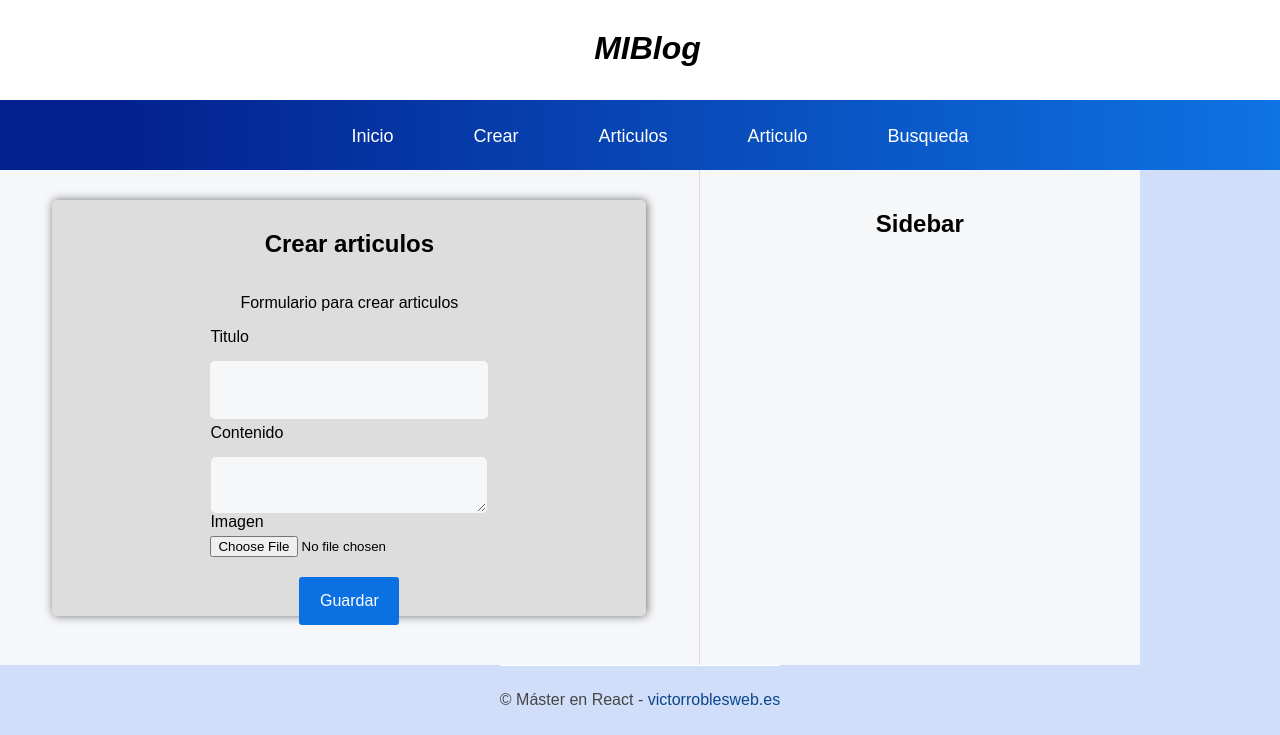
Repository: DamianBermudez94/frondEnd-blog
Page: /crear
These files come from the project's save history. The page is drawn as it stood at one moment and after the next save; the edit follows.
The browser window is 1280 px wide. The pictures show the whole page.
The project was rebuilt for these pictures with package versions that can differ from the ones it lists, and the page was loaded fresh each time. Also part of the build but not shown: vite.config.js, src/components/pages/Inicio.jsx, src/components/pages/Busqueda.jsx, src/helper/Global.jsx, src/helper/Peticion.jsx, src/components/pages/Listado.jsx, src/components/pages/Articulos.jsx, src/components/pages/Articulo.jsx.

Above is the page before, as saved 2023-08-14 19:28:06.

### index.html
<!doctype html>
<html lang="es">
  <head>
    <meta charset="UTF-8" />
    <link rel="icon" type="image/svg+xml" href="/vite.svg" />
    <meta name="viewport" content="width=device-width, initial-scale=1.0" />
    <title>Proyecto-blog</title>
  </head>
  <body>
    <div id="root"></div>
    <script type="module" src="/src/main.jsx"></script>
  </body>
</html>

### src/main.jsx

import ReactDOM from 'react-dom/client'
import App from './App.jsx'
import './index.css'

ReactDOM.createRoot(document.getElementById('root')).render(

    <App />

)

### src/App.jsx
import { Rutas } from "./router/rutas"



function App() {


  return (
    <div className="layout">
      <Rutas></Rutas>
    </div>
  )
}

export default App

### src/index.css
/*:root {
  font-family: Inter, system-ui, Avenir, Helvetica, Arial, sans-serif;
  line-height: 1.5;
  font-weight: 400;

  color-scheme: light dark;
  color: rgba(255, 255, 255, 0.87);
  background-color: #242424;

  font-synthesis: none;
  text-rendering: optimizeLegibility;
  -webkit-font-smoothing: antialiased;
  -moz-osx-font-smoothing: grayscale;
  -webkit-text-size-adjust: 100%;
}

a {
  font-weight: 500;
  color: #646cff;
  text-decoration: inherit;
}
a:hover {
  color: #535bf2;
}

body {
  margin: 0;
  display: flex;
  place-items: center;
  min-width: 320px;
  min-height: 100vh;
}

h1 {
  font-size: 3.2em;
  line-height: 1.1;
}

button {
  border-radius: 8px;
  border: 1px solid transparent;
  padding: 0.6em 1.2em;
  font-size: 1em;
  font-weight: 500;
  font-family: inherit;
  background-color: #1a1a1a;
  cursor: pointer;
  transition: border-color 0.25s;
}
button:hover {
  border-color: #000bdb;
}
button:focus,
button:focus-visible {
  outline: 4px auto -webkit-focus-ring-color;
}

@media (prefers-color-scheme: light) {
  :root {
    color: #213547;
    background-color: #ffffff;
  }
  a:hover {
    color: #000dff;
  }
  button {
    background-color: #f9f9f9;
  }
}*/


/*ESTILOS GENERALES*/

body{
  background: #d1defa;
  font-family: sans-serif, Arial, Helvetica;
  text-align: center;
  padding: 0px;
  margin: 0px;
  box-sizing: border-box;

}

.layout{
  display: grid;
  grid-template-areas:
      "header header header header"
      "nav nav nav nav"
      "content content content lateral"
      "footer footer footer footer"
  ;
  grid-template-rows: 100px 70px auto 70px;
}

/*ESTILOS CABECERA*/

.header{
  grid-area: header;
  width: 100%;
  background: white;
  text-align: left;
  font-style: italic;

  display: flex;
  justify-content: center;
}



.header h1{
  margin-left: 15px;
  margin-top: 30px;
}

/*ESTILOS DE LA BARRA DE NAVEGACIÓN*/

.nav{
  grid-area: nav;
  background: linear-gradient(90deg, #03228f 10%, #0e73e4 100%);
}

.nav > ul {
  display: flex;
  justify-content: center;
  align-items: center;
  list-style: none;
}

.nav li{
  padding: 10px;
}

.nav a {
  display: block;
  margin-left: 30px;
  margin-right: 30px;
  font-size: 18px;
  font-weight: lighter;
  color: white;
  text-decoration: none;
  transition: all 300ms;
}

.nav a:hover{
  transform: scale(1.1, 1.1);
}

/*ESTILOS PARA EL CONTENIDO PRINCIPAL*/

.content{

  grid-area: content;
  background: #f6f7f9;
  display: flex;
  flex-flow: wrap;
  justify-content: flex-start;
  align-items: initial;
  flex-grow: 1;
}
.jumbo{
  width: 85%;
  height: 80%;
  padding-top: 20px;
  display: flex;
  background-color: #ddd;
  justify-content: center;
  align-items: center;
  flex-direction: column;
  border-radius: 5px;
  box-shadow: 1px 0px 10px 0px #6e6e6e;
  margin: 30px auto;
}
.articulo-item{
  flex-grow: 1;
  background: white;
  border-radius: 10px;
  box-shadow: 0px 0px 6px #ddd;
  margin: 20px;
  padding-top: 60px;
  padding-bottom: 60px;
  padding-left: 25px;
  padding-right: 25px;
  display: flex;
  justify-content: center;
  align-items: center;
  max-height: 225px;
}
.articulo-img img{
  width: 500px;
  overflow: hidden;
}
.articulo-item .edit{
  margin-right: 7px;
}
.articulo-datos{
  text-align: left;
}
.title-articulo{
  font-size: 25px;

}
.button,
button,
input[type="submit"],
input[type="button"]{
  width: 100px;
  background: #0b70e1;
  color: white;
  border: 0;
  outline: 0;
  padding:15px;
  border-radius: 3px;
  margin-top:15px;
  text-transform: capitalize;
  font-size: 16px;
  font-weight: 500;
  cursor: pointer;
  transition: all 300ms;
}
.articulo-borrar{
  margin-right: 20px;
}
.articulo-item .articulo-borrar:hover{

  background: #9b0202;
}

.articulo-item .articulo-editar:hover{
  background: #e77b00;
}

/*ESTILOS BARRA LATERAL*/

.lateral{
  width: 400px;
  grid-area: lateral;
  background: #f6f7f9;
  border-left: 1px solid #ddd;
  padding: 20px;
}

.lateral > div{
  box-sizing: border-box;
  width: 90%;
  margin: 20px;
  padding: 20px;
  padding-top: 10px;
  background: white;
  border-radius: 10px;
  box-shadow: 0px 0px 6px #ddd;
}

input[type="text"],
input[type="text"],
textarea,
input[type="text"],
input[type="text"],
textarea
{
  display: block;
  margin: 0 auto;
  margin-top: 15px;
  padding: 12px;
  border-radius: 5px;
  background: #f6f7f9;
  color: #454545;
  width: 80%;
  max-width: 250px;
  min-width: 250px;
  min-height: 30px;
  max-height: 250px;
  opacity: 4;
  outline: 0;
  border-color: transparent;
}
.no-encontrado{
  color: #9b0202;
}
.edit_form{
  border-top: 1px solid #ddd;
  margin-top: 10px;
}
.formulario{
 margin-top: 0;
}
.grup-form label{
 display: block;
  text-align: left;
  margin-bottom: 5px;
}
.grup-form input{
  display: block;
   text-align: left;
   margin-bottom: 5px;
 }
/*ESTILOS PARA EL PIE DE PÁGINA*/
.footer{
  max-height: 300px;
  grid-area: footer;
  margin: 0 auto;
  background-color: #d1defa;
  color: #454545;
  border-top: 1px solid white;

  line-height: 68px;

}

.footer a{
  color: #0b468a;
  text-decoration: none;
}

@media (max-width: 1085px){
  .content {
      flex-flow: column wrap;
      justify-content: center;
      align-items: center;
  }

  .articulo-item{
      width: 80%;
  }
}

### src/router/rutas.jsx

import { BrowserRouter, Routes, Route } from "react-router-dom";
import { Inicio } from "../components/pages/Inicio";
import { Busqueda } from "../components/pages/Busqueda";
import { Crear } from "../components/pages/Crear";
import Articulos from "../components/pages/Articulos";
import { Articulo } from "../components/pages/Articulo";
import { Header } from "../components/layout/Header";
import { Nav } from "../components/layout/Nav";
import { Footer } from "../components/layout/Footer";
import { Sidebar } from "../components/layout/Sidebar";


export const Rutas = ()=>{

    return(

        <BrowserRouter>
            {/*Layout*/}
            <Header></Header>
            <Nav></Nav>
            {/*Contenido principal y rutas*/}
            <section id="content" className="content">
                <Routes>
                    <Route path="/" element={<Inicio/>}/>
                    <Route path="/inicio" element={<Inicio/>}/>
                    <Route path="/busqueda" element={<Busqueda/>}/>
                    <Route path="/crear" element={<Crear/>}/>
                    <Route path="/articulos" element={<Articulos/>}/>
                    <Route path="/articulo" element={<Articulo/>}/>
                </Routes>
            </section>
            <Sidebar/>
            <Footer></Footer>
        </BrowserRouter>

    )

}

### src/components/pages/Crear.jsx


export const Crear = () => {
  return (
    <div className="jumbo">
      <h1>Crear articulos</h1>
      <p>Formulario para crear articulos</p>
      <form className="formulario">
        <div className="grup-form">
          <label htmlFor="titulo">Titulo</label>
          <input type="text" name="titulo"/>
        </div>
        <div className="grup-form">
          <label htmlFor="contenido">Contenido</label>
          <textarea type="textarea" name="contenido"/>
        </div>
        <div className="grup-form">
          <label htmlFor="file0">Imagen</label>
          <input type="file" name="file0" id="file"/>
        </div>
        <input type="submit" value="Guardar" className="btn btn-succes" />
      </form>
    </div>
  );
};

### src/components/layout/Header.jsx
import React from 'react'

export const Header = () => {
  return (

         <header className="header">
            <h1>MIBlog</h1>
        </header>

  )
}

### src/components/layout/Nav.jsx
import React from 'react'
import { NavLink } from 'react-router-dom'

export const Nav = () => {
  return (

           <nav className="nav">
            <ul>
                <li><NavLink to="/#">Inicio</NavLink></li>
                <li><NavLink to="/crear">Crear</NavLink></li>
                <li><NavLink to="/articulos">Articulos</NavLink></li>
                <li><NavLink to="/articulo">Articulo</NavLink></li>
                <li><NavLink to="/busqueda">Busqueda</NavLink></li>

            </ul>
        </nav>

  )
}

### src/components/layout/Footer.jsx
import React from 'react'

export const Footer = () => {
  return (

         <footer className="footer">
            &copy; Máster en React - <a href="https://victorroblesweb.es">victorroblesweb.es</a>
        </footer>

  )
}

### src/components/layout/Sidebar.jsx
import React from 'react'

export const Sidebar = () => {
  return (
        <aside className="lateral">

            <h1>Sidebar</h1>

        </aside>

  )
}

After the next save:
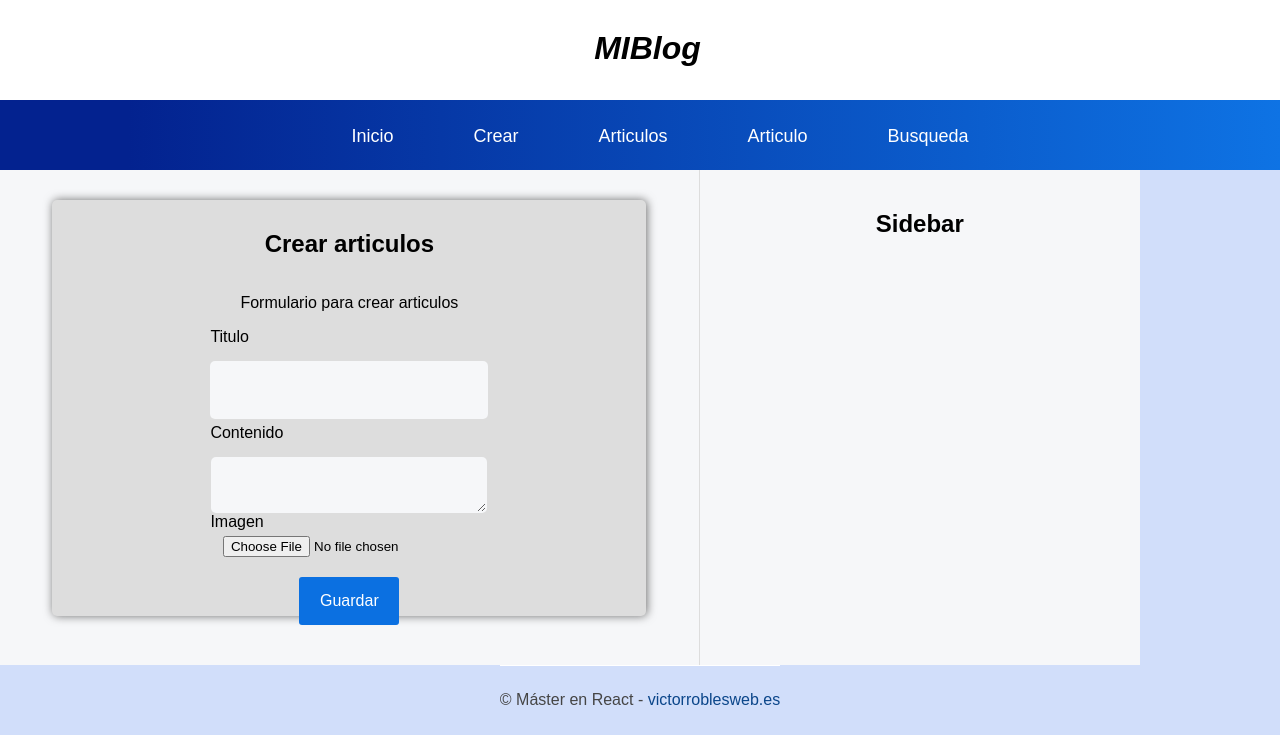
Saved 16 s later.
--- a/src/index.css
+++ b/src/index.css
@@ -286,11 +286,11 @@ textarea
 .grup-form label{
  display: block;
   text-align: left;
+  outline: 0;
   margin-bottom: 5px;
 }
 .grup-form input{
-  display: block;
-   text-align: left;
+
    margin-bottom: 5px;
  }
 /*ESTILOS PARA EL PIE DE PÁGINA*/
